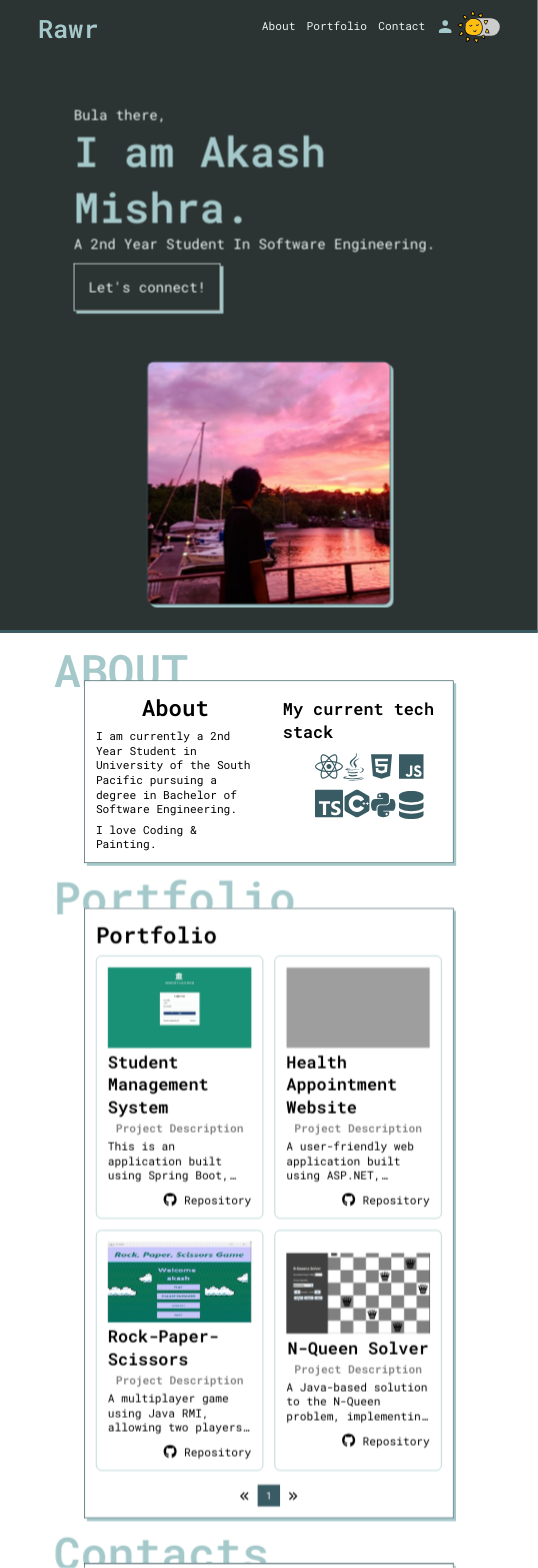
Repository: akashrawr/portfolio
Page: /
An editor plug-in stored every save of this project. The page is shown before and after the next save, followed by the edit.
The browser window is 768 px wide. The pictures show the part of the page from y = 0 to 2240 px (the page is 2645 px tall before and 2785 px after), at 70% of full size.
Pictures or frames that could not be fetched are drawn as grey boxes. The project was rebuilt for these pictures with package versions that can differ from the ones it lists, and the page was loaded fresh each time.

Above is the page before, as saved 2025-01-01 21:03:36.

After the next save:
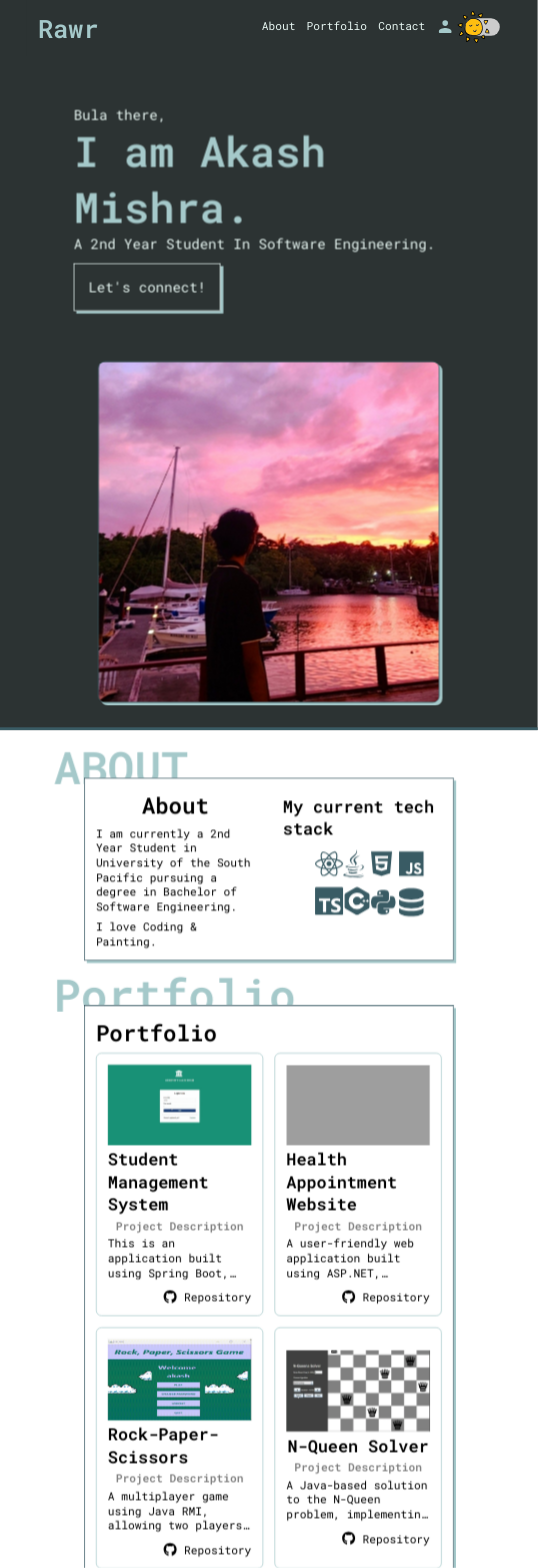
Saved 66 s later.
--- a/src/App.css
+++ b/src/App.css
@@ -303,7 +303,10 @@ section {
   .hero-img {
     margin-top: 20px;
   }
-
+  .hero-image {
+    max-width: 70%;
+    height: auto;
+  }
   .hero-text-container {
     text-align: left;
   }
